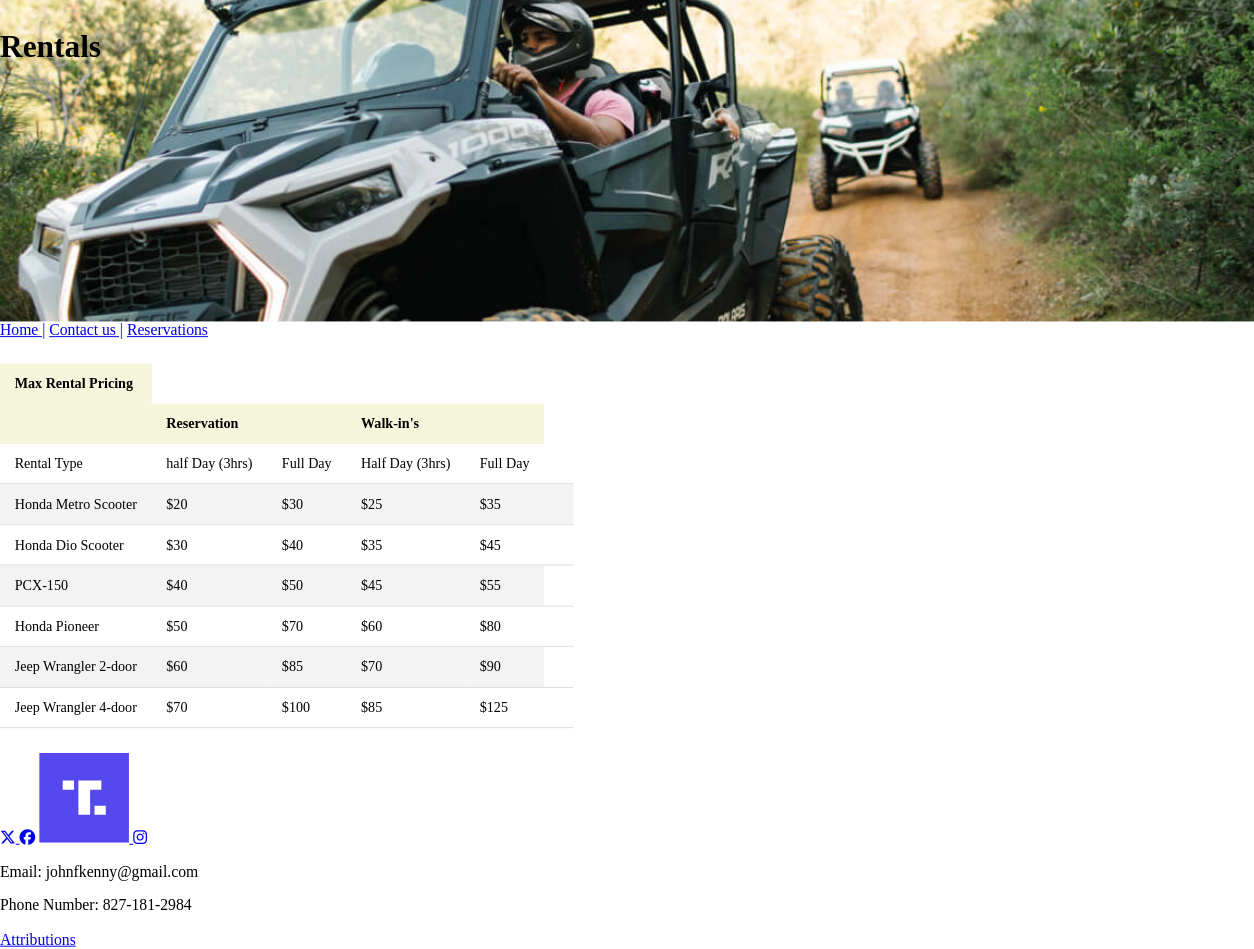
Repository: nak97/WDD230
Page: scoots/rentals-page/rentals-page.html
The author's editor kept a copy of each file at every save. The page is drawn from the files as they stood at one save, then again after the next save.
The browser window is 1280 px wide. The pictures show the whole page, at 98% of full size.
Some web libraries are served in a nearby version.

Above is the page before, as saved 2023-12-11 17:23:41.

After the next save:
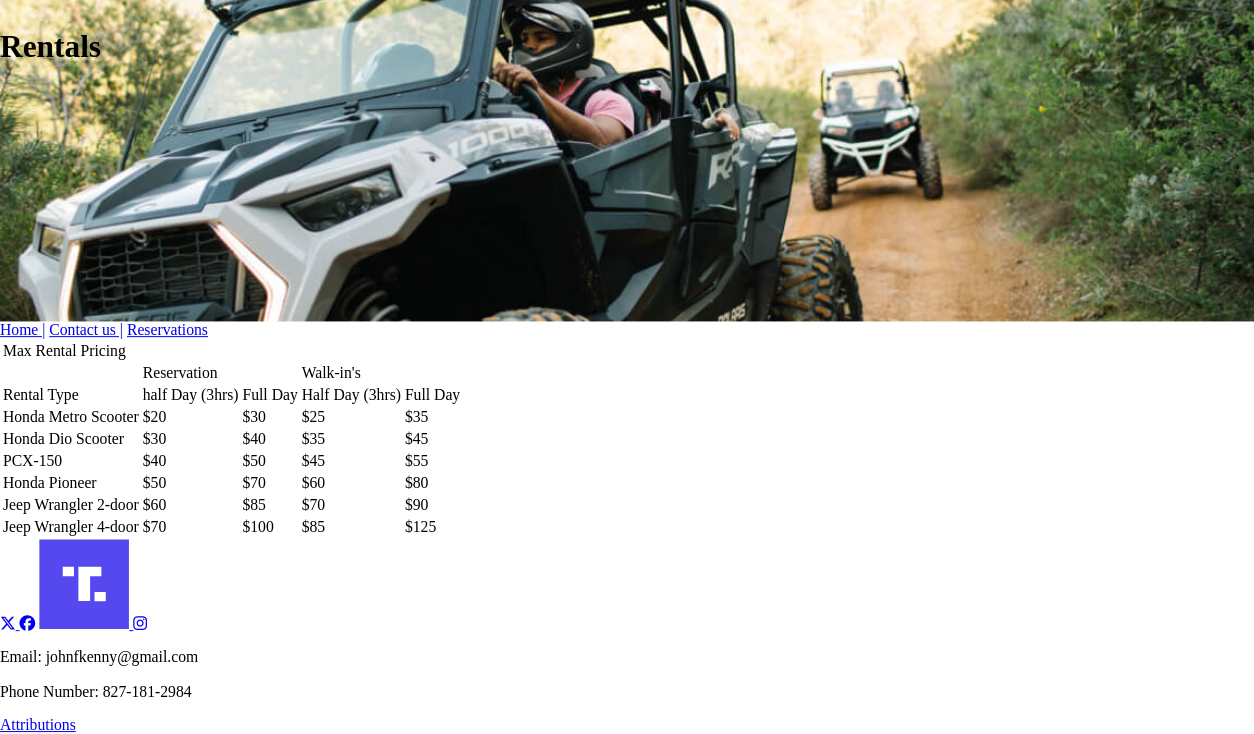
Saved 2 min 9 s later.
--- a/scoots/rentals-page/rentals-page.html
+++ b/scoots/rentals-page/rentals-page.html
@@ -27,7 +27,9 @@
   </nav>
 
   <main>
-    <table class="content-table">
+
+    <section class="grid-container">
+    <table class="flex-container">
       <thead>
         <tr>
           <td>  Max Rental Pricing</td></tr>
@@ -104,7 +106,7 @@
 
 
 
-
+  </section>
 
 
 

After the save that followed:
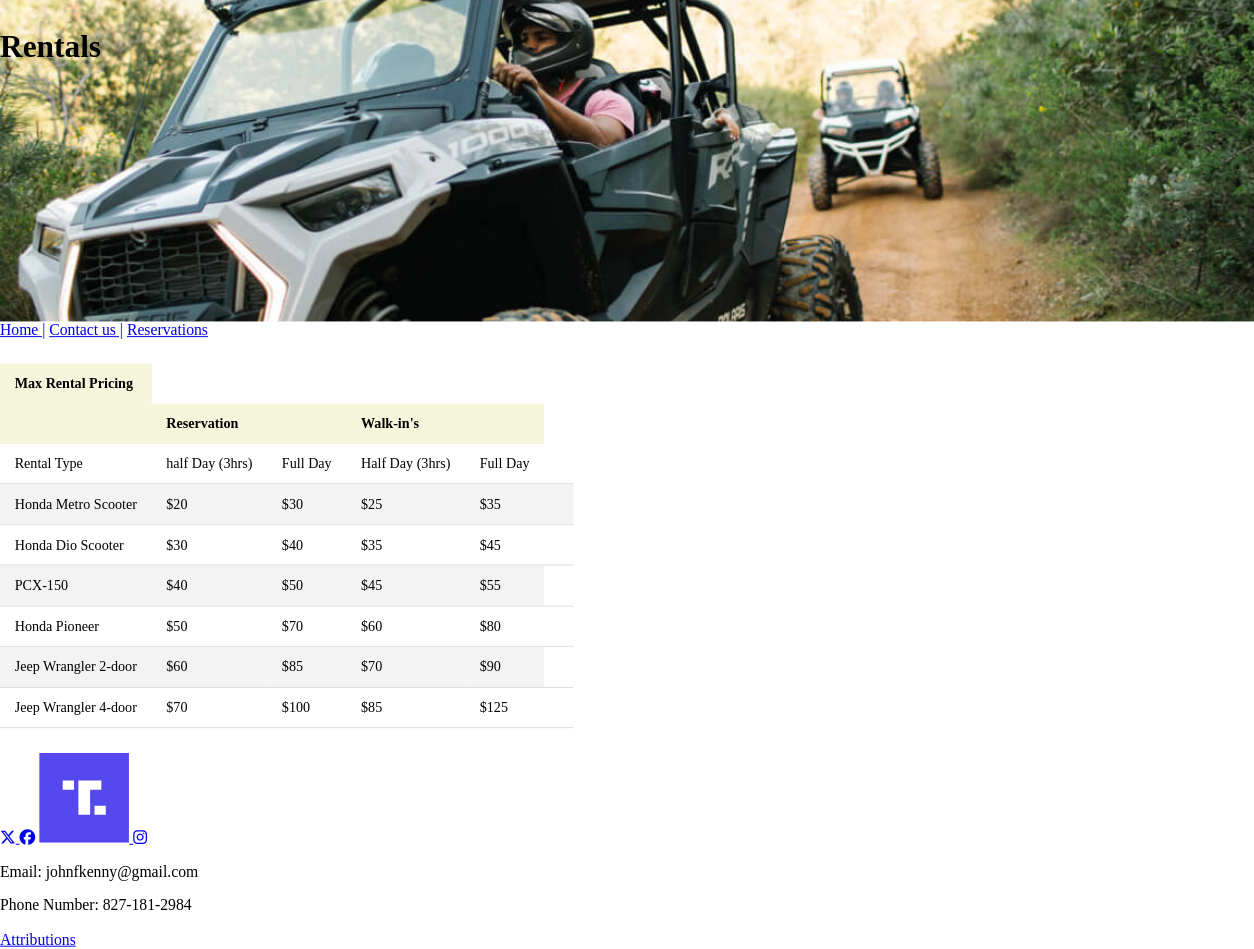
Saved 14 s later.
--- a/scoots/rentals-page/rentals-page.html
+++ b/scoots/rentals-page/rentals-page.html
@@ -28,8 +28,8 @@
 
   <main>
 
-    <section class="grid-container">
-    <table class="flex-container">
+    <section class="flex-container">
+    <table class="content-table">
       <thead>
         <tr>
           <td>  Max Rental Pricing</td></tr>
